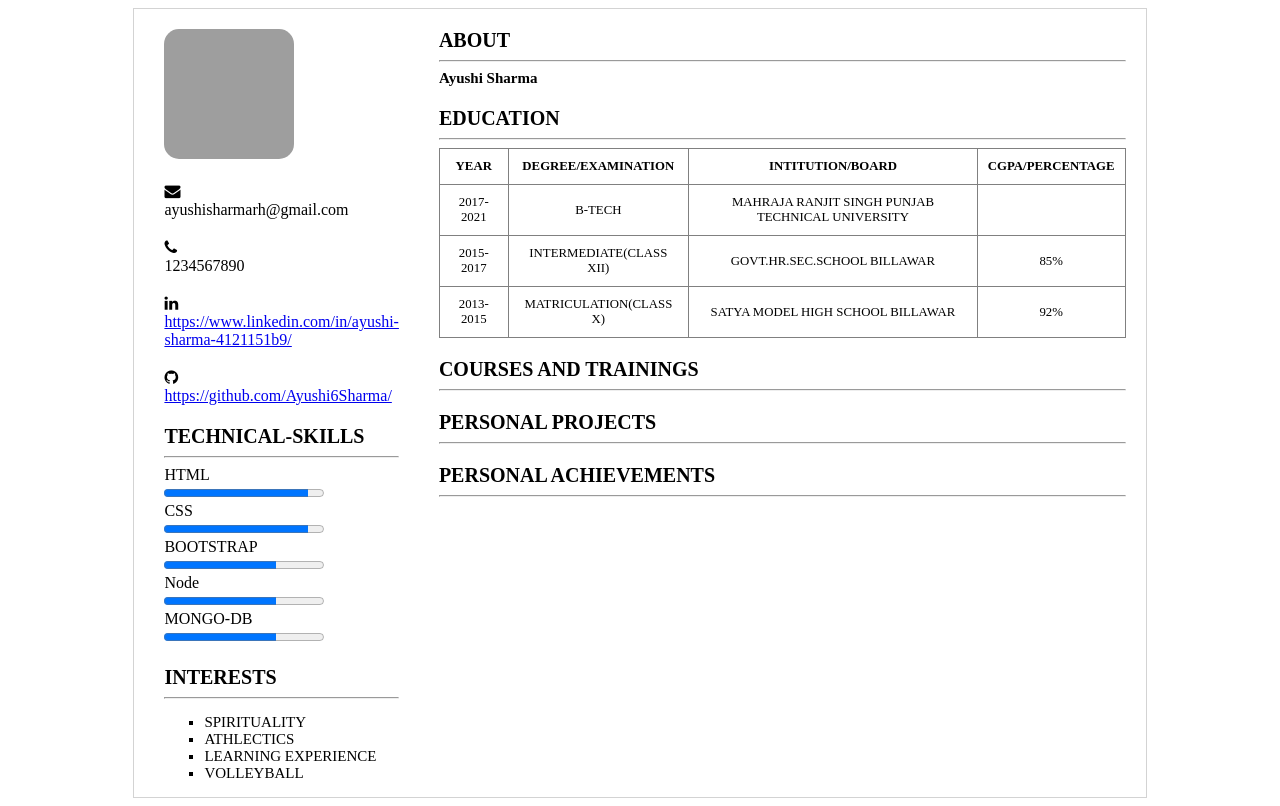
Repository: Ayushi6Sharma/Resume
Page: index.html
An editor plug-in stored every save of this project. The page is shown before and after the next save, followed by the edit.
The browser window is 1280 px wide. The pictures show the whole page.
Pictures or frames that could not be fetched are drawn as grey boxes.

Above is the page before, as saved 2022-05-04 12:51:27.

### index.html
<!DOCTYPE html>
<html lang="en">
    <head>
        <meta charset="utf-8">
        <meta http-equiv="X-UA-Compatible" content="IE=edge">
        <meta name="viewport" content="width=device-width, initial-scale=1">
        <meta name="description" content="Responsive resume for companies">
        <meta name="author" content="Ayushi Sharma">
        <div class="profile-linkedin"></div>
        <link rel="stylesheet" href="style.css">
        <!-- <link rel="stylesheet" href="https://cdn.jsdelivr.net/npm/@fortawesome/fontawesome-free@5.15.4/css/fontawesome.min.css" integrity="sha384-jLKHWM3JRmfMU0A5x5AkjWkw/EYfGUAGagvnfryNV3F9VqM98XiIH7VBGVoxVSc7" crossorigin="anonymous"> -->
        <!-- <link href="https://cdnjs.cloudflare.com/ajax/libs/font-awesome/5.13.0/css/all.min.css" rel="stylesheet"> -->
        <link rel="stylesheet" href="https://stackpath.bootstrapcdn.com/font-awesome/4.7.0/css/font-awesome.min.css" integrity="sha384-wvfXpqpZZVQGK6TAh5PVlGOfQNHSoD2xbE+QkPxCAFlNEevoEH3Sl0sibVcOQVnN" crossorigin="anonymous">
        <title>Resume</title>
    </head>
    <body>
        <main class="main-content" contenteditable="false">
            <section>
                <div class="left-main-content">
                    <!-- Profile data -->
                    <div class="profile-data">
                        <div class="profile-image">
                           <img src="https://d3dyfaf3iutrxo.cloudfront.net/thumbnail/user/6c8447b7ed274991ae4f61d43667a32b.jpeg" class="img">
                        </div>
                        <div class="profile-email">
                            <div class="email-icon">
                                <i class="fa fa-envelope"></i>
                            </div>
                            <div class="email-address">
                                ayushisharmarh@gmail.com
                            </div>
                        </div>
                        <div class="profile-contact">
                            <div class="phone-icon">
                                <i class="fa fa-phone"></i>
                            </div>
                            <div class="phone-number">
                                1234567890
                            </div>
                        </div>
                        <div class="profile-linkedin">
                            <div class="linkedid-icon">
                                <i class="fa fa-linkedin"></i>
                            </div>
                            <div class="linkedin-account">
                                <a href="https://www.linkedin.com/in/ayushi-sharma-4121151b9/">https://www.linkedin.com/in/ayushi-sharma-4121151b9/</a>
                            </div>
                        </div>
                        <div class="profile-github">
                            <div class="github-icon">
                                <i class="fa fa-github"></i>
                            </div>
                            <div class="github account-account">
                               <a href="https://github.com/Ayushi6Sharma/">https://github.com/Ayushi6Sharma/</a>
                            </div>
                        </div>
                    </div>
                    <!-- Technical Skills -->
                    <div class="technical-skills">
                        <div class="title">
                            TECHNICAL-SKILLS
                        </div>
                        <hr>
                        <div class="skills">
                            <div class="skill-item">
                                HTML
                            </div>
                            <div class="skill-knowledge">
                                <progress value="90" max="100" class="bar"></progress>
                            </div>
                        </div>
                        <div class="skills">
                            <div class="skill-item">
                                CSS
                            </div>
                            <div class="skill-knowledge">
                                <progress value="90" max="100" class="bar"></progress>
                            </div>
                        </div>
                        <div class="skills">
                            <div class="skill-item">
                                BOOTSTRAP
                            </div>
                            <div class="skill-knowledge">
                                <progress value="70" max="100" class="bar"></progress>
                            </div>
                        </div>
                        <div class="skills">
                            <div class="skill-item">
                                Node
                            </div>
                            <div class="skill-knowledge">
                                <progress value="70" max="100" class="bar"></progress>
                            </div>
                        </div>
                        <div class="skills">
                            <div class="skill-item">
                                MONGO-DB
                            </div>
                            <div class="skill-knowledge">
                                <progress value="70" max="100" class="bar"></progress>
                            </div>
                        </div>
                    </div>
                    <!-- Interests -->
                    <div class="Interests">
                        <div class="title">
                            INTERESTS
                        </div>
                        <hr>
                        <ol class="interest-items">
                            <li>SPIRITUALITY</li>
                            <li>ATHLECTICS</li>
                            <li>LEARNING EXPERIENCE</li>
                            <li>VOLLEYBALL</li>
                        </ol>

                    </div>

                </div>

            </section>
            <section>
                <div class="right-main-content">
                     <div class="about">
                        <div class="title">
                            ABOUT
                        </div>
                        <hr>
                         <div class="name">Ayushi Sharma</div>
                         <div class="details">

                         </div>
                     </div>
                     <div class="education">
                         <div class="title">
                             EDUCATION
                         </div>
                         <hr>
                         <div class="eduction-table">
                             <table>
                                 <thead>
                                     <tr>
                                         <th>YEAR</th>
                                         <th>DEGREE/EXAMINATION</th>
                                         <th>INTITUTION/BOARD</th>
                                         <th>CGPA/PERCENTAGE</th>
                                     </tr>
                                 </thead>
                                 <tr>
                                     <td>
                                         2017-2021
                                     </td>
                                     <td>
                                        B-TECH
                                     </td>
                                     <td>MAHRAJA RANJIT SINGH PUNJAB TECHNICAL UNIVERSITY</td>
                                     <td></td>
                                 </tr>
                                 <tr>
                                    <td>
                                        2015-2017
                                    </td>
                                    <td>
                                       INTERMEDIATE(CLASS XII)
                                    </td>
                                    <td>GOVT.HR.SEC.SCHOOL BILLAWAR</td>
                                    <td>
                                        85%
                                    </td>
                                </tr>
                                <tr>
                                    <td>
                                        2013-2015
                                    </td>
                                    <td>
                                       MATRICULATION(CLASS X)
                                    </td>
                                    <td>SATYA MODEL HIGH SCHOOL BILLAWAR</td>
                                    <td>
                                        92%
                                    </td>
                                </tr>
                             </table>
                         </div>
                     </div>
                     <div class="courses-and-trainings">
                         <div class="title">COURSES AND TRAININGS</div>
                         <hr>
                     </div>
                     <div class="personal-projects">
                        <div class="title">
                            PERSONAL PROJECTS
                        </div>
                        <hr>
                     </div>
                     <div class="personal-achievements">
                        <div class="title">
                            PERSONAL ACHIEVEMENTS
                        </div>
                        <hr>
                     </div>

                </div>
            </section>
        </main>
    </body>
</html>

### style.css

.main-content
{
    display: grid;
    grid-template-columns:1fr 3fr;
    width:80%;
    margin: auto;
    border:1px solid lightgrey;
}
.left-main-content
 {
     /* grid-column: span 1; */
    padding-left: 30px;
    padding-right: 20px;
}
.right-main-content
{
    /* grid-column: span 1/span 2; */
    /* border: 2px solid black; */
    padding-left:20px;
    padding-right: 20px;
}
.profile-data > div{
    margin-top: 20px;
}
/* profile data */
.img
{
    width:130px;
    height:130px;
    border-radius:15px;
}
/* technical skills */
.title{
    margin-top: 20px;
    font-weight: bold;
    font-size: 20px;
    /* color:red; */
}
/* progress{
    color: aquamarine;
} */
/* .bar
{
    border-radius:0px;
    background-color: aqua;
} */
/* Interest */
.interest-items{
    list-style-type: square;
    font-size: 15px;
}
/* Right main content */
.name
{
    font-weight:bold;
    font-size:15px;
}
/* EDUCTAION */
table,th,td
{
    border:1px solid grey;
    border-collapse: collapse;
    text-align: center;
    padding:10px;
    font-size: 1vw;
}
/* media queries for responsive page */
@media only screen and (min-width:320px) and (max-width:480px)
{   .main-content
    {
        grid-template-columns:repeat(1,1fr);
        width:100%;
    }
    .title
    {
        font-size: 15px;
    }
    th,td
    {
        font-size:10px;
        padding: 2px;
    }
}
@media only screen and (min-width:481px) and (max-width:768px)
{
    .main-content
    {
        grid-template-columns:repeat(1,1fr);
        width:100%;
    }
    .title
    {
        font-size: 15px;
    }
    table,th,td
    {
        font-size: 10px;
    }
}
@media only screen and (min-width:481px) and (max-width:768px)
{
    th,td
    {
        font-size: 10px;
        /* padding: 10px; */
    }
}

After the next save:
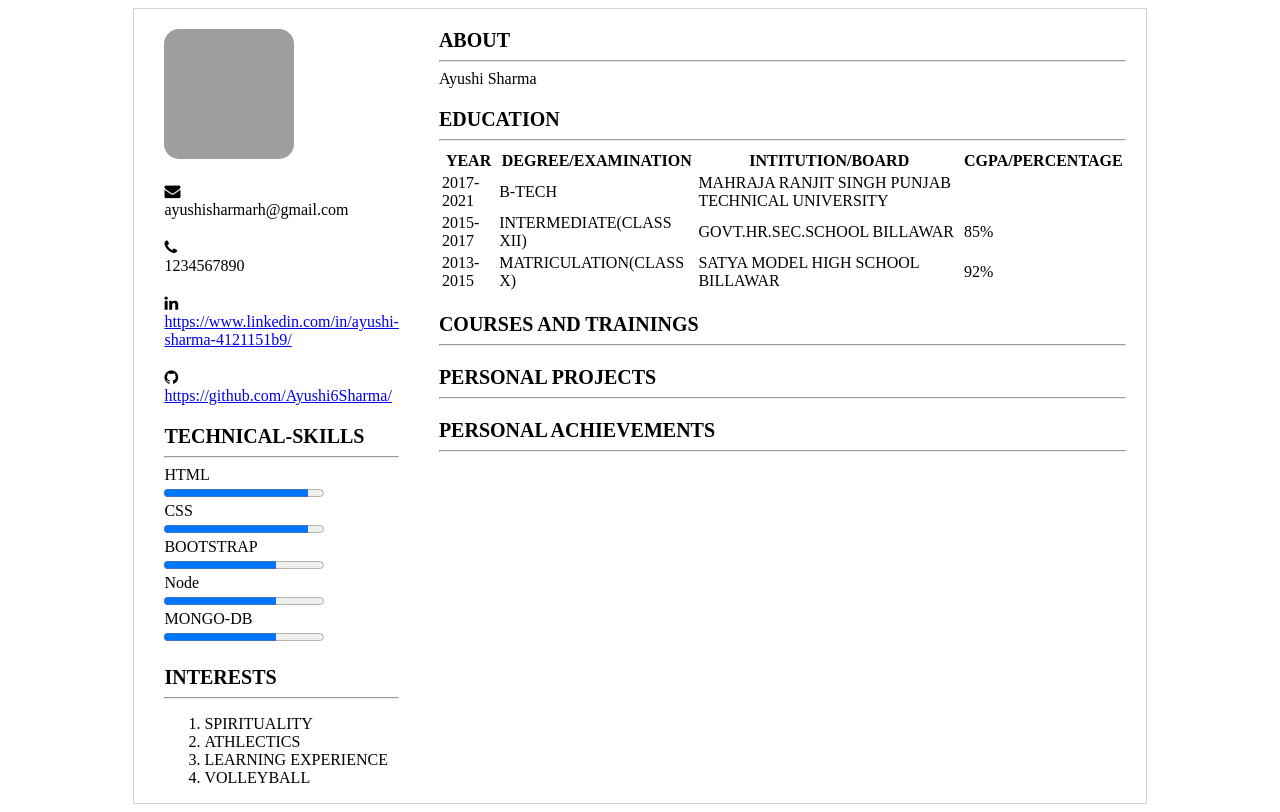
Saved 2 min 38 s later.
--- a/style.css
+++ b/style.css
@@ -35,16 +35,6 @@
     margin-top: 20px;
     font-weight: bold;
     font-size: 20px;
-    /* color:red; */
-}
-/* progress{
-    color: aquamarine;
-} */
-/* .bar
-{
-    border-radius:0px;
-    background-color: aqua;
-} */
 /* Interest */
 .interest-items{
     list-style-type: square;
@@ -57,6 +47,7 @@
     font-size:15px;
 }
 /* EDUCTAION */
+
 table,th,td
 {
     border:1px solid grey;
@@ -66,6 +57,7 @@
     font-size: 1vw;
 }
 /* media queries for responsive page */
+
 @media only screen and (min-width:320px) and (max-width:480px)
 {   .main-content
     {

After the save that followed:
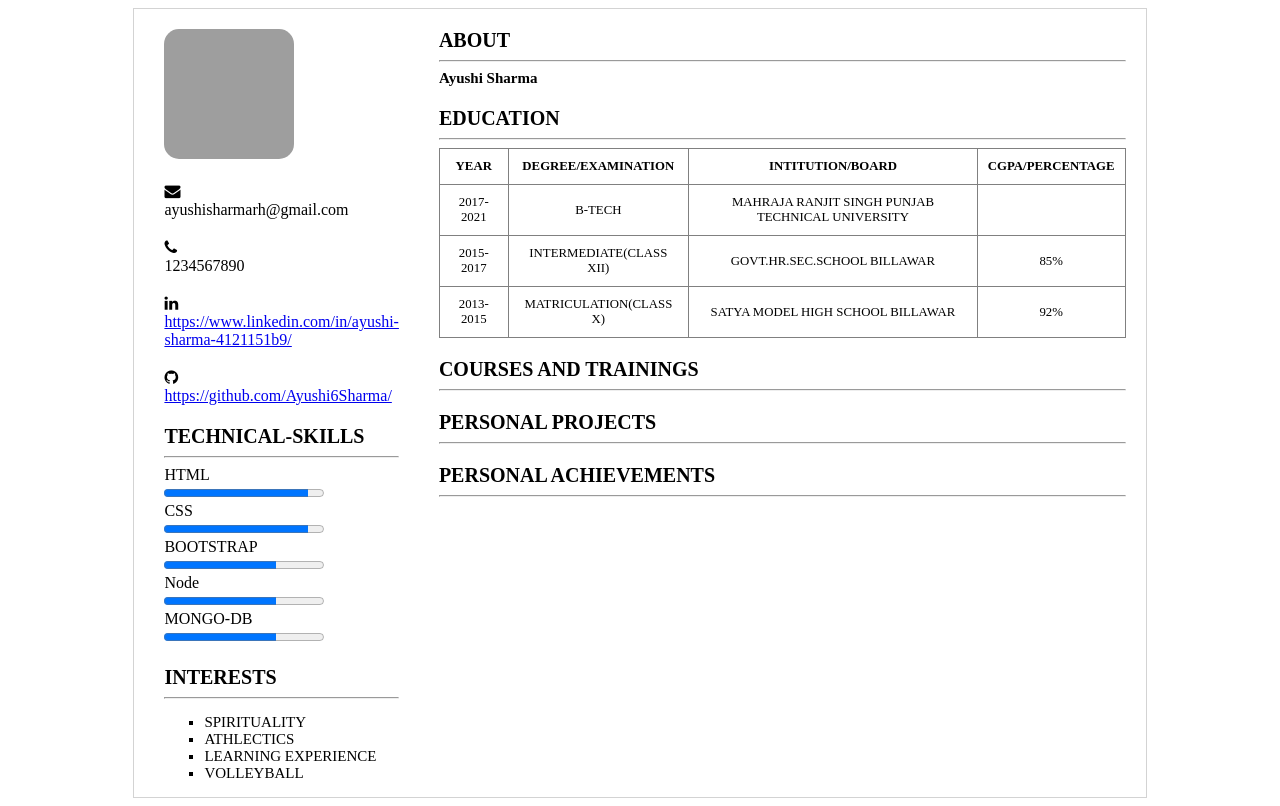
Saved 47 s later.
--- a/style.css
+++ b/style.css
@@ -35,6 +35,7 @@
     margin-top: 20px;
     font-weight: bold;
     font-size: 20px;
+}
 /* Interest */
 .interest-items{
     list-style-type: square;
